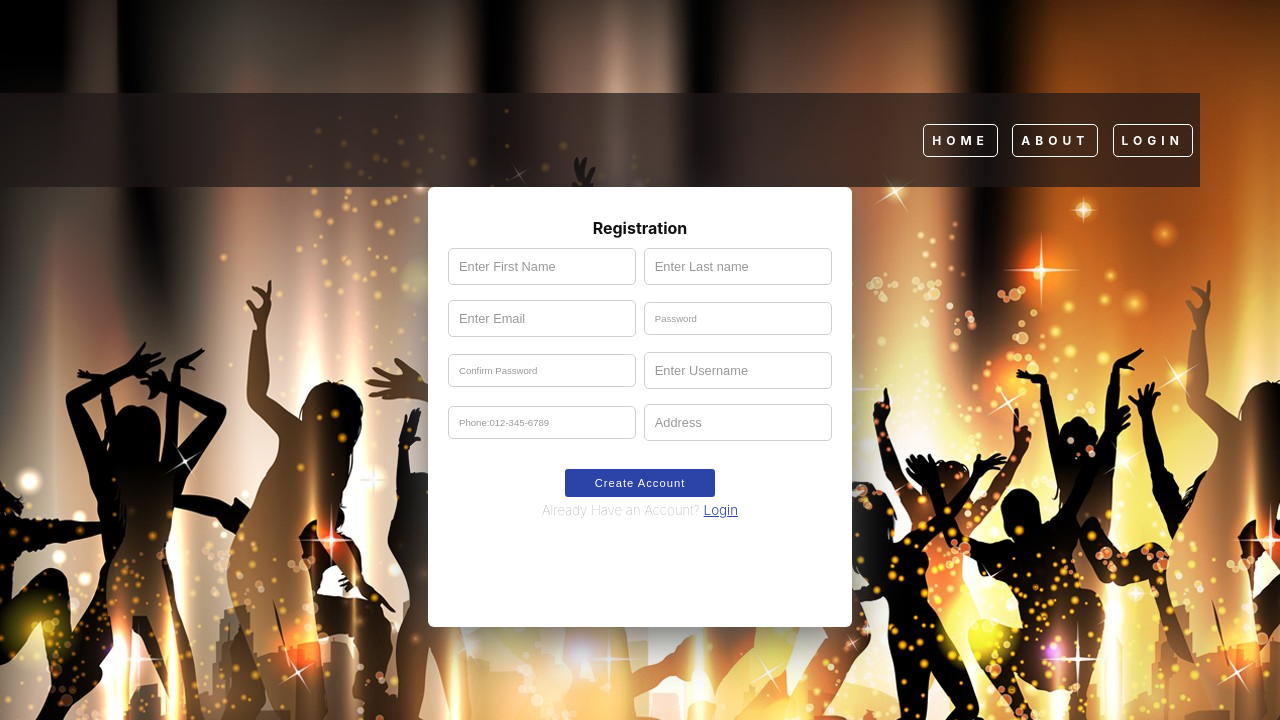
Repository: Fortune-Labs/Event-management-system-CapstoneG3
Page: /register (app in frontend/)
The author's editor kept a copy of each file at every save. The page is drawn from the files as they stood at one save, then again after the next save.
The browser window is 1280 px wide. The pictures show the whole page.
The project was rebuilt for these pictures with package versions that can differ from the ones it lists, and the page was loaded fresh each time. Also part of the build but not shown: frontend/src/components/LoginSignup/errorMessages.js, frontend/src/components/LoginSignup/login.jsx, frontend/src/components/LoginSignup/verificationCode.jsx, frontend/src/components/LoginSignup/passwordReset.jsx, frontend/src/components/Home/home.jsx, frontend/src/components/Events/initial.jsx.

Above is the page before, as saved 2020-09-22 14:51:37.

### frontend/src/App.js
import React from "react";
// import "./App.css";
import Register from "./components/LoginSignup/register";
import Login from "./components/LoginSignup/login";
import PasswordReset from "./components/LoginSignup/passwordReset";
import { BrowserRouter, Switch, Route } from "react-router-dom";
import Home from "./components/Home/home";
import Initial from "./components/Events/initial";
// import user from "./components/Dashboard/user";

function App() {
  return (
    <div className="App">
      <BrowserRouter>
        <Switch>
          <Route exact path="/" name="Home" component={Home} />
          <Route exact path="/login" name="Login Page" component={Login} />
          <Route exact path="/passwordReset" component={PasswordReset} />
          <Route
            exact
            path="/register"
            name="Register Page"
            component={Register}
          />
          <Route exact path="/initial" component={Initial} />
        </Switch>
      </BrowserRouter>
    </div>
  );
}
export default App;

### frontend/src/components/LoginSignup/register.jsx
import React, { useRef, Component } from "react";
import { useForm } from "react-hook-form";
import "./style.css";
import ErrorMessage from "./errorMessages";
import { Link, useHistory } from "react-router-dom";

//Regular expression that holds email validation of form example@thismail.com
const emailRegex = RegExp(
  /^[a-zA-Z0-9.!#$%&’*+/=?^_`{|}~-]+@[a-zA-Z0-9-]+(?:\.[a-zA-Z0-9-]+)*$/
);
//Regular expression that holds phone number validation of form (000-000-0000)
const phoneRegex = RegExp(/^\(?([0-9]{3})\)?[-. ]?([0-9]{3})[-. ]?([0-9]{4})$/);

const UseFormFuction = () => {
  const { register, handleSubmit, errors, watch } = useForm();
  const password = useRef({});
  password.current = watch("password", "");
  const history = useHistory();

  const onSubmit = (formData) => {
    console.log(formData);

    let url = "http://127.0.0.1:8000/api/register/";
    fetch(url, {
      method: "POST",
      headers: {
        "Content-type": "application/json",
      },
      body: JSON.stringify(formData),
    })
      .then((response) => response.json())
      .then((data) => {
        console.log("Registered Sucessfully", data);
        history.push("/initial");
      })
      .catch((error) => {
        console.error("Error:", error);
      });
  };

  return (
    <div className="wrapper">
      <div className="header-bar">
        {/*   <div className="logo">
            <a>
              <img src="../Images/eventlogo.jpg" alt="#" />
              CapstoneG3
            </a>
          </div> */}
        <Link to="home">Home</Link>
        <Link to="about">About</Link>
        <Link to="Login">Login</Link>
      </div>
      <div className="form-wrapper">
        <form onSubmit={handleSubmit(onSubmit)} className="register-form">
          <h1 className="register-header">Registration</h1>
          <div className="firstName">
            <input
              type="text"
              name="first_name"
              ref={register({ required: true, minLength: 3 })}
              placeholder="Enter First Name"
            />
            <ErrorMessage error={errors.firstName} />
          </div>
          <div className="lastName">
            <input
              type="text"
              name="last_name"
              ref={register({ required: true, minLength: 3 })}
              placeholder="Enter Last name"
            />
            <ErrorMessage error={errors.lastName} />
          </div>
          <div className="email">
            <input
              type="text"
              name="email"
              ref={register({
                required: true,
                pattern: {
                  value: emailRegex,
                  message: "invalid email address",
                },
              })}
              placeholder="Enter Email"
            />
            <ErrorMessage error={errors.email} />
          </div>
          <div className="password">
            <input
              type="password"
              name="password"
              placeholder="Password"
              ref={register({ required: true, maxLength: 8 })}
            />
            <ErrorMessage error={errors.password} />
          </div>
          <div className="cpassword">
            <input
              type="password"
              name="confirm_password"
              ref={register({
                required: true,
                validate: (value) =>
                  value === password.current || "Passwords do not match.",
              })}
              placeholder="Confirm Password"
            />
            <ErrorMessage error={errors.confirm_password} />
          </div>
          <div className="username">
            <input
              type="text"
              name="username"
              ref={register({ required: true, minLength: 3 })}
              placeholder="Enter Username"
            />
            <ErrorMessage error={errors.username} />
          </div>

          <div className="phone">
            <input
              type="tel"
              name="phone"
              placeholder="Phone:012-345-6789"
              ref={register({
                required: true,
                pattern: {
                  value: phoneRegex,
                  message: "invalid phone",
                },
              })}
            />
            <ErrorMessage error={errors.phone} />
          </div>
          <div className="address">
            <input
              type="text"
              name="address"
              ref={register({ required: true, maxLength: 20 })}
              placeholder="Address"
            />
            <ErrorMessage error={errors.address} />
          </div>

          <div className="register action-counter">
            <button type="submit" className="btn1">
              Create Account
            </button>
            <small>
              Already Have an Account? <Link to="Login">Login</Link>
            </small>
          </div>
        </form>
      </div>
    </div>
  );
};
//Components register
class Register extends Component {
  render() {
    return (
      <div>
        <UseFormFuction />
      </div>
    );
  }
}

export default Register;

### frontend/src/components/LoginSignup/style.css
.wrapper {
  height: 100vh;
  width: 100%;
  background-image: url("../Images/login-background.jpg");
  display: flex;
  position: absolute;
  flex-direction: column;
  justify-content: center;
  align-items: center;
  background-color: #f2f2f2;
  margin: 0;
  top: 0;
  top: 0;
  right: 0;
  left: 0;
  bottom: 0;
}

.header-bar {
  width: 100%;
  height: 13%;
  /* border-bottom: 5px solid red; */
  background-color: rgba(32, 25, 25, 0.7);
  color: #fff;
  z-index: 90;
  right: 10em;
  margin-right: 10rem;
  display: -webkit-box;
  display: -moz-box;
  display: -ms-flexbox;
  display: -webkit-flex;
  flex-grow: 0;
  align-items: center;
  justify-content: flex-end;
}

.header-bar a {
  color: #fff;
  font-size: 5px;
  font-weight: lighter;
  letter-spacing: 5px;
  margin: 0.6em;
  text-align: center;
  font-size: 12px;
  text-transform: uppercase;
  font-weight: bold;
  border: 1px solid #fff;
  border-radius: 5px;
  text-decoration: none;
  padding: 8px;
  transition: all ease 0.7s;
}

.header-bar a:hover {
  background-color: rgb(53, 53, 48);
}

.form-wrapper {
  min-height: 25rem;
  width: 30%;
  display: flex;
  flex-direction: column;
  padding: 20px;
  border-radius: 6px;
  box-shadow: 0px 10px 50px #555;
  background-color: #ffffff;
}

.register-header {
  text-align: center;
  width: 100%;
  color: #111;
  font-size: 16px;
  font-weight: bold;
  font-family: -apple-system, BlinkMacSystemFont, "Segoe UI", Roboto, Oxygen,
    Ubuntu, Cantarell, "Open Sans", "Helvetica Neue", sans-serif;
}

.register-form {
  width: 100%;
  display: flex;
  flex-wrap: wrap;
  align-items: center;
  justify-content: center;
}

label {
  font-size: 16px;
  margin-bottom: 0.09em;
  color: #222;
  font-weight: 12px;
  text-align: left;
}

input[type="text"],
select {
  padding: 10px 10px;
  border-radius: 5px;
  outline: none;
  border: 1px solid #cfcfcf;
  font-size: 0.8em;
}
input[type="password"] {
  padding: 10px 10px;
  border-radius: 5px;
  outline: none;
  border: 1px solid #cfcfcf;
  font-size: 0.6em;
}

input[type="tel"] {
  padding: 10px 10px;
  border-radius: 5px;
  outline: none;
  border: 1px solid #cfcfcf;
  font-size: 0.6em;
}
input::placeholder {
  font-size: 1em;
  font-weight: lighter;
  color: #999;
}

.firstName,
.email,
.cpassword,
.phone {
  margin-right: 1%;
}

.lastName,
.password,
.address,
.username {
  margin-left: 1%;
}

.firstName,
.lastName,
.email,
.password,
.cpassword,
.phone,
.address,
.username {
  display: flex;
  flex-direction: column;
  margin-bottom: 15px;
}

.firstName,
.lastName,
.email,
.password,
.cpassword,
.address,
.phone,
.username {
  width: 49%;
}

.register {
  width: 100%;
  display: flex;
  flex-direction: column;
  align-items: center;
}

.register button {
  background-color: #2c43a8;
  color: #fff;
  border: 2px solid #fff;
  border-radius: 5px;
  width: 40%;
  margin-top: 1em;
  padding: 8px 0px;
  font-size: 0.7em;
  font-weight: lighter;
  letter-spacing: 1px;
  margin-bottom: 0.25em;
  text-align: center;
}

.register button:hover {
  color: #519e8a;
  background-color: #fff;
  border: 2px solid #519e8a;
}

.register small {
  color: #999;
  font-weight: lighter;
}
/* Login style */

.login-wrapper {
  background-image: url("../Images/login-background.jpg");
  height: 100vh;
  width: 100%;
  display: flex;
  flex-direction: column;
  position: absolute;
  justify-content: center;
  align-items: center;
  background-size: cover;
  background-position: center;
  background-repeat: no-repeat;
  background-color: #f2f2f2;
  background-position: center center;
  margin: 0;
  top: 0;
  right: 0;
  left: 0;
  bottom: 0;
}

.login-form-wrapper {
  height: 60%;
  width: 50%;
  display: flex;
  position: absolute;
  right: 10%;
  margin-right: -25;
  top: 20%;
  margin-top: -25;
  overflow: hidden;
  flex-direction: column;
  padding: 20px;
  border-radius: 6px;
  box-shadow: 0px 10px 50px #555;
  background-color: #ffffff;
}

.login-header {
  text-align: center;
  width: 100%;
  color: #111;
  font-size: 20px;
  font-weight: bold;
  margin-top: 6%;
  font-family: -apple-system, BlinkMacSystemFont, "Segoe UI", Roboto, Oxygen,
    Ubuntu, Cantarell, "Open Sans", "Helvetica Neue", sans-serif;
}

.login-form-wrapper input {
  padding: 10px 10px;
  border-radius: 5px;
  outline: none;
  border: 1px solid #cfcfcf;
  font-size: 1em;
}

.login-form-wrapper input::placeholder {
  font-size: 1em;
  font-weight: lighter;
  color: #999;
}
.login-form {
  width: 100%;
  display: flex;
  flex-direction: column;
  align-items: center;
  justify-content: center;
}

.email,
.password {
  display: flex;
  flex-direction: column;
  margin-bottom: 15px;
  width: 49%;
  text-align: center;
  justify-content: center;
}

.login-form .password {
  margin-left: 0%;
}

.login {
  display: flex;
  flex-direction: row;
  margin-bottom: 10px;
  width: 49%;
}

.login button {
  background-color: #2c43a8;
  color: #fff;
  border: 2px solid #fff;
  border-radius: 5px;
  padding: 8px 10px;
  text-align: center;
  font-size: 0.8em;
  font-weight: lighter;
  letter-spacing: 1px;
  margin-bottom: 0.25em;
  justify-content: flex-end;
}

.btn {
  display: flex;
  justify-content: flex-end;
  align-items: flex-end;
  right: 0;
  width: 50%;
}
.reset-pwd {
  display: flex;
  width: 50%;
  align-items: flex-start;
}

.login button:hover {
  color: #519e8a;
  background-color: #fff;
  border: 2px solid #519e8a;
}

small {
  color: #999;
  font-weight: lighter;
}

/* general anchor tags */
a:link,
a:visited {
  color: #2c43a8;
  font-weight: 300;
}

a:hover,
a:active {
  color: #519e8a;
}

/* password reset */
.pwd-res-btn {
  display: flex;
  justify-content: flex-end;
  align-items: flex-end;
  right: 0;
  width: 50%;
}
.pwd-res-btn button {
  background-color: #2c43a8;
  color: #fff;
  border: 2px solid #fff;
  border-radius: 5px;
  padding: 8px 10px;
  text-align: center;
  font-size: 0.8em;
  font-weight: lighter;
  letter-spacing: 1px;
  margin-bottom: 0.25em;
  justify-content: flex-end;
}

/* Extra small devices (phones, 600px and down) */
@media only screen and (max-width: 480px) {
  .form-wrapper {
    /* height: 100%; */
    min-height: 15rem;
    width: 80%;
  }

  .login-from-wrapper {
    /* height: 100%; */
    min-height: 10rem;
    width: 80%;
    position: absolute;
  }
  .email,
  .password {
    width: 80%;
  }
}
@media only screen and (max-width: 770px) {
  .form-wrapper {
    height: 100%;
    /* min-height: 15rem; */
    margin-top: 2rem;
    width: 80%;
  }

  .login-form-wrapper {
    /* height: 100%; */
    min-height: 20rem;
    margin-top: 2rem;
    width: 80%;
  }
  .wrapper {
    height: 100%;
    padding: 2rem !important;
  }

  .login-wrapper {
    height: 100%;
    padding: 2rem !important;
  }
}

@media only screen and (max-width: 812px) {
  .form-wrapper {
    height: 100%;
    /* min-height: 15rem; */
    margin-top: 2rem;
    width: 80%;
  }
  .login-wrapper {
    height: 100%;
  }

  .login-form-wrapper {
    /* height: 100%; */
    min-height: 20rem;
    margin-top: 2rem;
    width: 80%;
  }
  .wrapper {
    height: 100%;
    padding: 0 0 5rem;
  }
  .login-wrapper {
    height: 100%;
    padding: 0 0 5rem;
  }
  .login-form-wrapper {
    /* height: 60%; */
    /* width: 50%; */
    /* display: flex; */
    /* overrding position  */
    position: static;
  }
}

### frontend/src/components/Home/style.css
.main-wrapper {
  /* height: 100%; */
  /* width: 100%; */
  display: flex;
  flex-direction: column;
  position: absolute;
  top: 0;
  right: 0;
  left: 0;
  bottom: 0;
  width: 100%;
  height: 100vh;
}

.header-bar {
  width: 100%;
  height: 13%;
  /* border-bottom: 5px solid red; */
  background-color: rgba(32, 25, 25, 0.7);
  color: #fff;
  z-index: 90;
  right: 10em;
  margin-right: 10rem;
  display: -webkit-box;
  display: -moz-box;
  display: -ms-flexbox;
  display: -webkit-flex;
  flex-grow: 0;
  align-items: center;
  justify-content: flex-end;
}

.header-bar a {
  color: #fff;
  font-size: 5px;
  font-weight: lighter;
  letter-spacing: 5px;
  margin: 0.6em;
  text-align: center;
  font-size: 12px;
  text-transform: uppercase;
  font-weight: bold;
  border: 1px solid #fff;
  border-radius: 5px;
  text-decoration: none;
  padding: 8px;
  transition: all ease 0.7s;
}

.header-bar a:hover {
  background-color: rgb(53, 53, 48);
}

.main {
  height: 100vh;
  position: relative;
  display: flex;
  flex-direction: row;
  flex-grow: 1;
  overflow: auto;
}

.home-login {
  background-image: url("../Images/business-woman-2071342_1920.jpg");
  height: 100%;
  width: 100%;
  display: flex;
  flex-direction: column;
  background-size: cover;
  background-position: center;
  background-repeat: no-repeat;
  margin: 0;
  align-items: flex-start;
  color: #fff;

  padding-left: 20px;
}

.tagline {
  display: flex;
  flex-direction: column;
  align-items: flex-start;
  font-size: 62px;
  font-weight: bold;
  animation: 2s slide-right;
  animation-delay: 2s;
}

@keyframes slide-right {
  from {
    margin-left: -500px;
  }

  to {
    margin-left: 0%;
  }
}
.home-login h1 {
  font-size: 40px;
}

.get-started-btn {
  text-align: center;
  justify-content: flex-start;
}

.get-started-btn a {
  background-color: #44444e;
  border: 2px;
  padding: 8px 10px;
  border-radius: 5px;
  font-size: 1.2em;
  font-weight: bold;
  letter-spacing: 1px;
  text-decoration: none;
  color: #fff;
  transition: 0.5s;
}

.get-started-btn a:hover {
  background-color: rgb(92, 81, 81);
}

/* resposive */
/*  */
/* @media (max-width: 600px) { */
/* .wrapper { */
/* width: 100%; */
/* } */
/* .logo { */
/* float: none; */
/* width: 50%; */
/* text-align: center; */
/* margin: auto; */
/* } */
/*  */
/* .nav-area { */
/* float: none; */
/* margin-top: 0; */
/* } */
/* .nav-area li a { */
/* padding: 5px; */
/* font-size: 11px; */
/* } */
/* .nav-area { */
/* text-align: center; */
/* } */
/* .welcome-text { */
/* width: 100%; */
/* height: auto; */
/* margin: 30% 0; */
/* } */
/* .welcome-text h1 { */
/* font-size: 30px; */
/* } */
/* } */

### frontend/src/components/Events/style.css
@import url("https://fonts.googleapis.com/css2?family=Roboto+Condensed&display=swap");

.main-container {
  margin: 0;
  padding: 0;
  font-family: "Roboto Condensed", sans-serif;
}

.section {
  width: 100%;
  height: 100vh;
  background: url("../Images/page.jpg");
  background-size: cover;
}

.section .leftBox {
  width: 50%;
  height: 100%;
  float: left;
  padding: 50px;
  box-sizing: border-box;
}

.section .leftBox .content {
  color: #fff;
  background: rgba(0, 0, 0, 0.5);
  padding: 40px;
  transition: 0.5s;
}
.section .leftBox .content:hover {
  background: #e91e63;
}

.section .leftBox .content h1 {
  margin: 0;
  padding: 0;
  font-size: 50px;
  text-transform: uppercase;
}

.section .leftBox .content p {
  margin: 10px 0 0;
  padding: 0;
}

.section .events {
  position: relative;
  width: 50%;
  height: 100%;
  background: rgba(0, 0, 0, 0.5);
  float: right;
  box-sizing: border-box;
}
.section .events ul {
  position: absolute;
  top: 50%;
  transform: translateY(-50%);
  margin: 0;
  padding: 40px;
  box-sizing: border-box;
}
.section .events ul li {
  list-style: none;
  background: #fff;
  box-sizing: border-box;
  height: 200px;
  margin: 15px 0;
}
.section .events ul li .time {
  position: relative;
  padding: 20px;
  background: #262626;
  box-sizing: border-box;
  width: 30%;
  height: 100%;
  float: left;
  text-align: center;
  transition: 0.5s;
}
.section .events ul li:hover .time {
  background: #e91e63;
}
.section .events ul li .time h2 {
  position: absolute;
  margin: 0;
  padding: 0;
  top: 50%;
  left: 50%;
  transform: translate(-50%, -50%);
  color: #fff;
  font-size: 60px;
  line-height: 30px;
}
.section .events ul li .time h2 span {
  font-size: 30px;
}

.section .events ul li .details {
  padding: 20px;
  background: #fff;
  box-sizing: border-box;
  width: 70%;
  height: 100%;
  float: left;
}

.section .events ul li .details h3 {
  position: relative;
  margin: 0;
  padding: 0;
  font-size: 22px;
}

.section .events ul li .details p {
  position: relative;
  margin: 10px 0 0;
  padding: 0;
  font-size: 16px;
}

.section .events ul li .details a {
  display: inline-block;
  text-decoration: none;
  padding: 10px 15px;
  border: 2px solid #262626;
  margin-top: 15px;
  font-size: 18px;
  transition: 0.5s;
}
.section .events ul li .details a:hover {
  background: #e91e63;
  color: #fff;
  border-color: #e91e63;
}
@media (max-width: 991px) {
  .section {
    height: 100%;
    background-position: center;
  }
}

Loaded but not shown: frontend/public/index.html (common file); frontend/src/index.js (common file); frontend/src/index.css (common file); frontend/src/serviceWorker.js (common file)

After the next save:
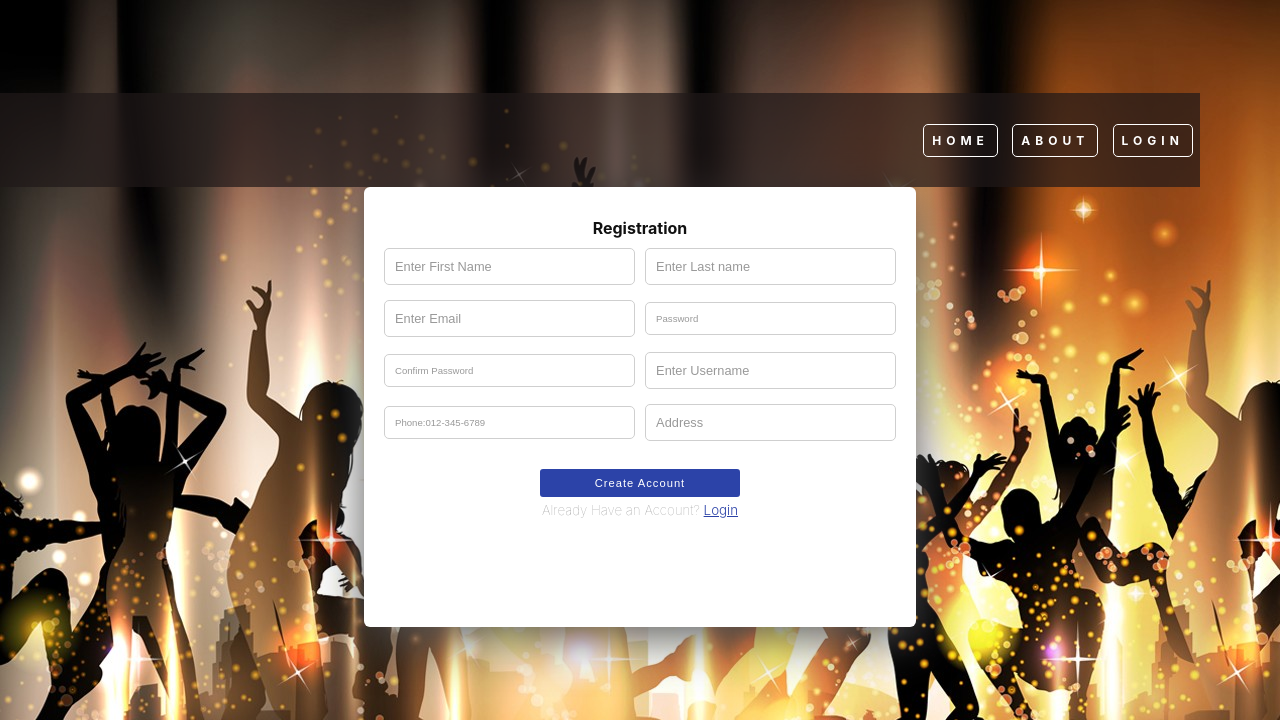
Saved 16 min 28 s later.
--- a/frontend/src/components/LoginSignup/style.css
+++ b/frontend/src/components/LoginSignup/style.css
@@ -57,7 +57,7 @@
 
 .form-wrapper {
   min-height: 25rem;
-  width: 30%;
+  width: 40%;
   display: flex;
   flex-direction: column;
   padding: 20px;
